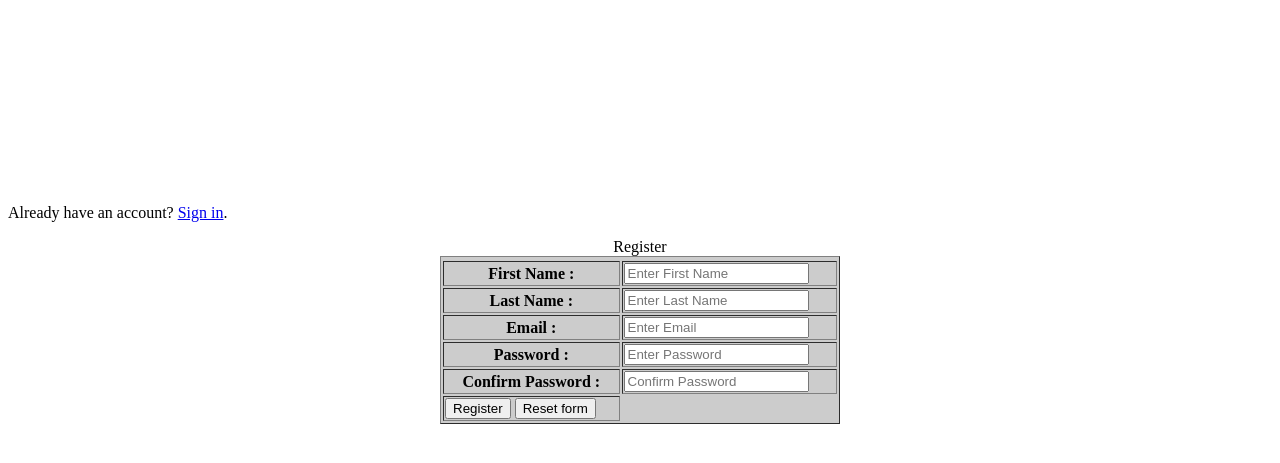
Repository: 1919satya/Mode2
Page: sample/sample/WebContent/sample.html
These files come from the project's save history. The page is drawn as it stood at one moment and after the next save; the edit follows.
The browser window is 1280 px wide. The pictures show the whole page.

Above is the page before, as saved 2019-10-09 10:16:53.

### sample/sample/WebContent/sample.html
<!DOCTYPE html>
<html>
<head>
<meta charset="ISO-8859-1">
<title>Insert title here</title>
</head>
<body>

<form >
<div class="container">
<table border="1" align="center" width="400" bgcolor="#CCCCCC" >

  <tr>
    <caption>Register</caption>
    <th>First Name :</th>
   <td><input type="text" placeholder="Enter First Name" name="firstName"  required></td><br/><br/>
   </tr>

   <tr>
    <th>Last Name :</th>
    <td><input type="text" placeholder="Enter Last Name" name="lastName" required></td> <br/><br/>
    </tr>

    <tr>
    <th>Email :</th>
   <td><input type="text" placeholder="Enter Email" name="email" required></td> <br/><br/>
   </tr>

<tr>
    <th>Password :</th>
    <td><input type="password" placeholder="Enter Password" name="psw" required></td> <br/><br/>
    </tr>

    <tr>
    <th>Confirm Password :</th>
    <td><input type="password" placeholder="Confirm Password" name="psw-repeat" required></td> <br/><br/>
   </tr>
   <tr>
   <center>
    <td><button type="submit" class="registerbtn">Register</button>
    <button type="reset" >Reset form</button></td>
    </center>
    </tr>

  </div>

  <div class="container signin">
    <p>Already have an account? <a href="#">Sign in</a>.</p>
  </div>
</form>
</table>
</body>
</html>

After the next save:
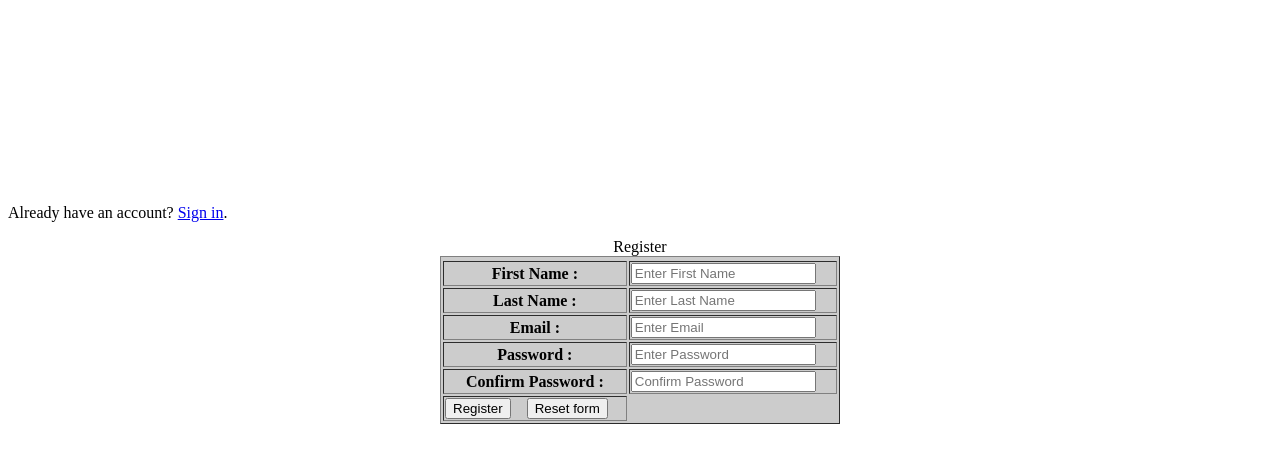
Saved 34 s later.
--- a/sample/sample/WebContent/sample.html
+++ b/sample/sample/WebContent/sample.html
@@ -38,6 +38,7 @@
    <tr>
    <center>
     <td><button type="submit" class="registerbtn">Register</button>
+    &nbsp;&nbsp;
     <button type="reset" >Reset form</button></td>
     </center>
     </tr>
